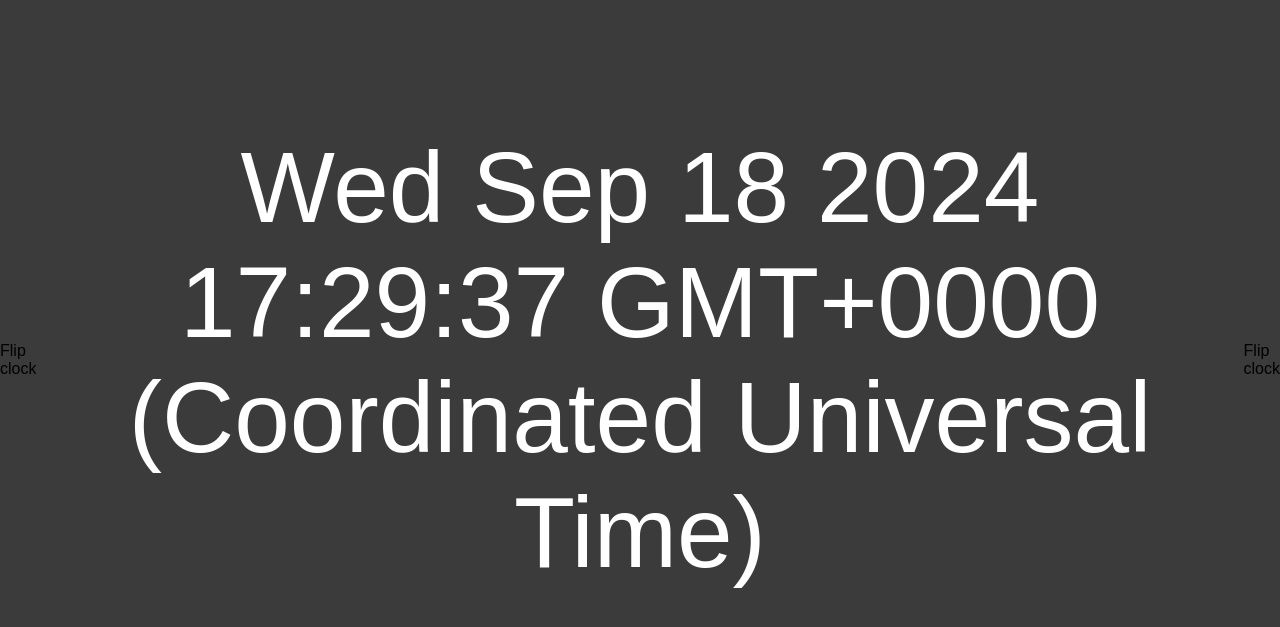
Repository: ThibautCptr/flip_clock
Page: index.html
An editor plug-in stored every save of this project. The page is shown before and after the next save, followed by the edit.
The browser window is 1280 px wide. The pictures show the whole page.

Above is the page before, as saved 2024-09-18 17:49:47.

### index.html
<!DOCTYPE html>
<html lang="fr">
<head>
    <meta charset="UTF-8">
    <meta name="viewport" content="width=device-width, initial-scale=1.0">
    <script src="https://code.jquery.com/jquery-3.7.1.js" integrity="sha256-eKhayi8LEQwp4NKxN+CfCh+3qOVUtJn3QNZ0TciWLP4=" crossorigin="anonymous"></script>
    <link rel="stylesheet" href="./css/style.css">
    <script src="./js/moment.js""></script>
    <script src="./js/moment_tz.js""></script>
    <script src="./js/script.js"></script>
    <title>Flip clock</title>
</head>
<body>
    <div id="clock"></div>
    <div id="clock_2"></div>
</body>
</html>
<!DOCTYPE html>
<html lang="fr">
<head>
    <meta charset="UTF-8">
    <meta name="viewport" content="width=device-width, initial-scale=1.0">
    <script src="https://code.jquery.com/jquery-3.7.1.js" integrity="sha256-eKhayi8LEQwp4NKxN+CfCh+3qOVUtJn3QNZ0TciWLP4=" crossorigin="anonymous"></script>
    <link rel="stylesheet" href="./css/style.css">
    <script src="./js/moment.js""></script>
    <script src="./js/moment_tz.js""></script>
    <script src="./js/script.js"></script>
    <title>Flip clock</title>
</head>
<body>
    <div id="clock"></div>
</body>
</html>

### css/style.css
* {
    background-color: #3b3b3b;
    font-family: Arial, sans-serif;
    margin: 0;
    padding: 0;
    display: flex;
    justify-content: center;
    align-items: center;
    align-content: center;
    height: 100%;
}

#clock, #clock_2 {
    color: #fff;
    font-size: 100px;
    text-align: center;
}

### js/script.js
$(document).ready(function() {
    setInterval(function() {
        // let date = moment();
        // $('#clock').text(date.tz('Europe/Paris').format('H:mm:ss'));

        date = new Date();
        $('#clock_2').text(date);

    },1000);
});

Loaded but not shown: js/moment.js (library); js/moment_tz.js (common file)

After the next save:
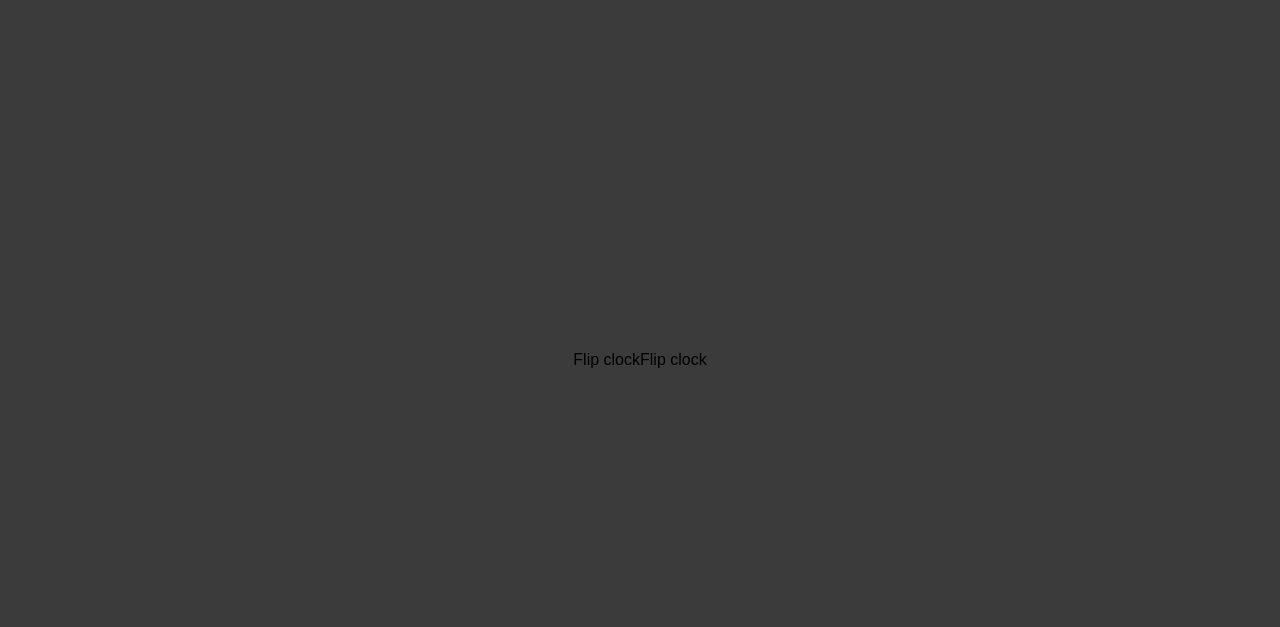
Console error: TypeError: date.format is not a function
Saved 7 s later.
--- a/js/script.js
+++ b/js/script.js
@@ -4,7 +4,7 @@
         // $('#clock').text(date.tz('Europe/Paris').format('H:mm:ss'));
 
         date = new Date();
-        $('#clock_2').text(date);
+        $('#clock_2').text(date.format('H:mm:ss'));
 
     },1000);
 });

After the save that followed:
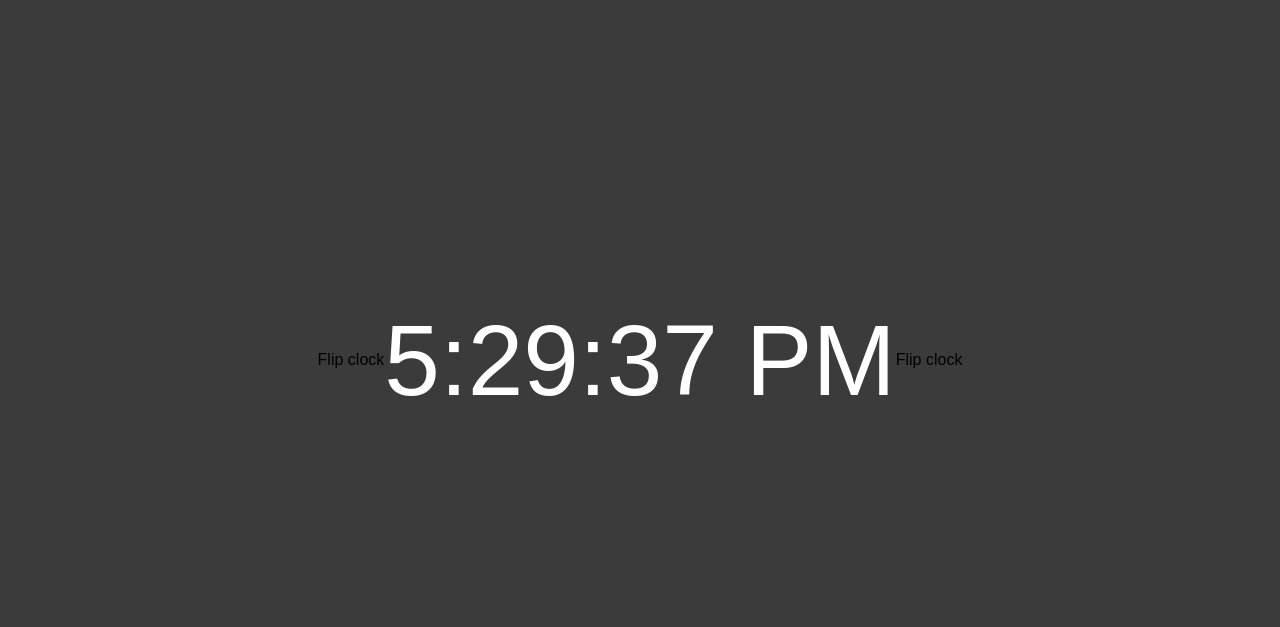
The error is gone.
Saved 7 s later.
--- a/js/script.js
+++ b/js/script.js
@@ -4,7 +4,7 @@
         // $('#clock').text(date.tz('Europe/Paris').format('H:mm:ss'));
 
         date = new Date();
-        $('#clock_2').text(date.format('H:mm:ss'));
+        $('#clock_2').text(date.toLocaleTimeString());
 
     },1000);
 });
